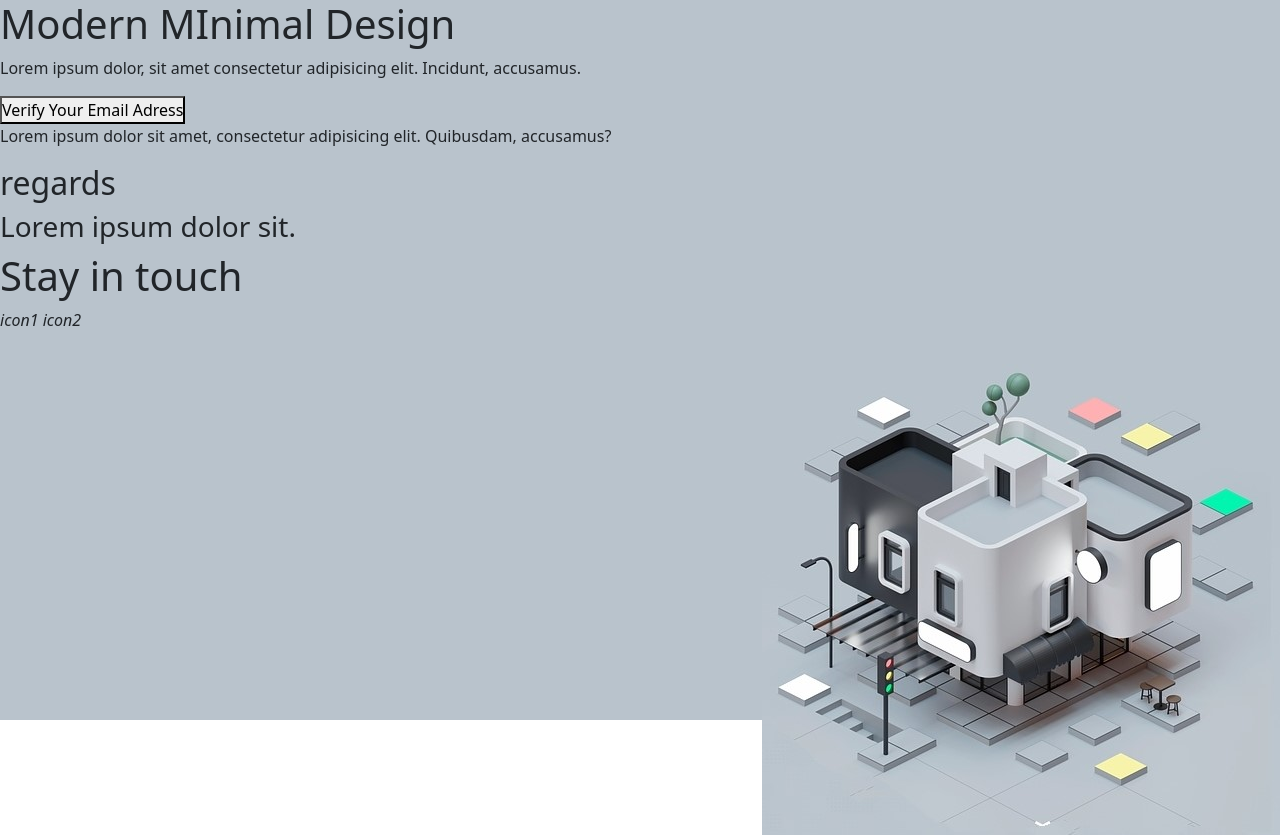
Repository: Aayush919/taskui
Page: index.html
These files come from the project's save history. The page is drawn as it stood at one moment and after the next save; the edit follows.
The browser window is 1280 px wide. The pictures show the whole page.

Above is the page before, as saved 2024-01-12 12:30:00.

After the next save:
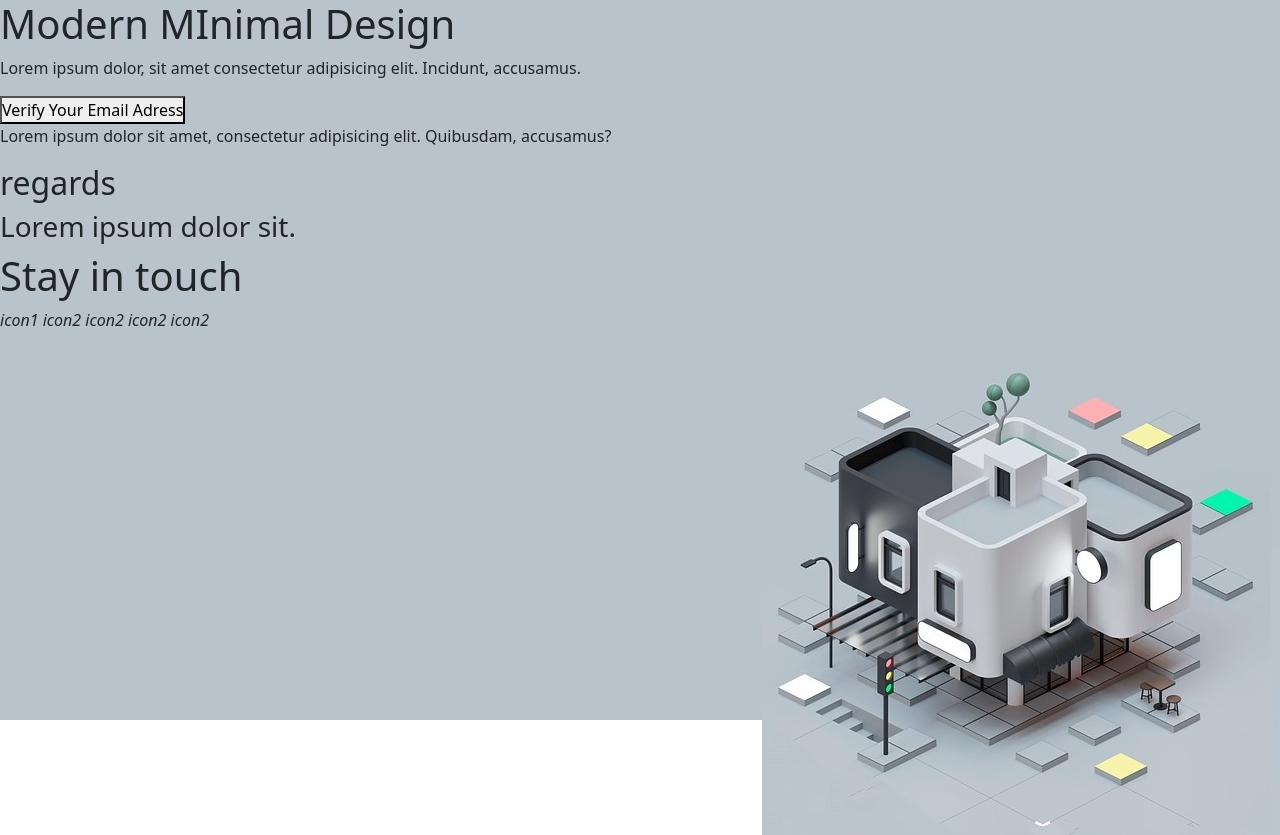
Saved 6 s later.
--- a/index.html
+++ b/index.html
@@ -29,6 +29,9 @@
              <div class="icons">
                 <i>icon1</i>
                 <i>icon2</i>
+                <i>icon2</i>
+                <i>icon2</i>
+                <i>icon2</i>
              </div>
           </div>
         </div>
